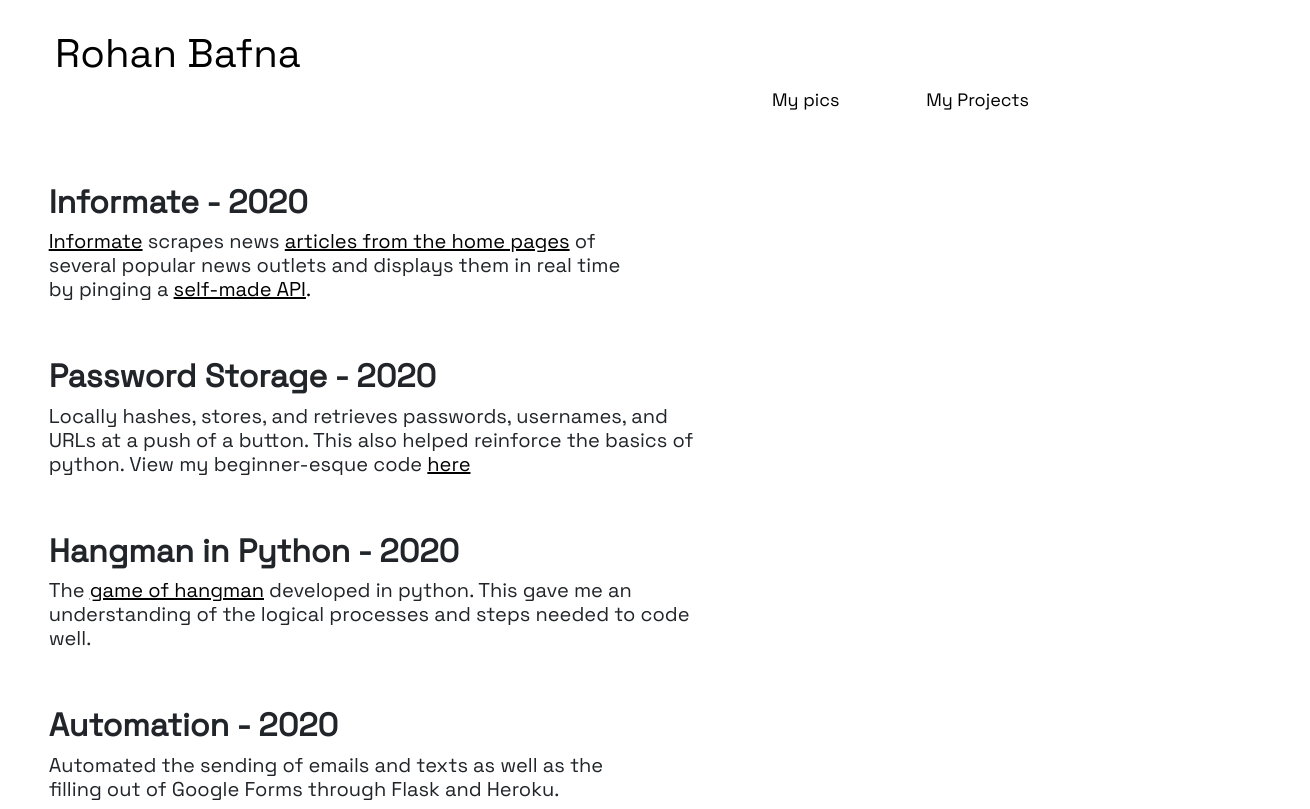
Repository: rbafna6507/rbafna6507.github.io
Page: actualprojects.html
An editor plug-in stored every save of this project. The page is shown before and after the next save, followed by the edit.
The browser window is 1280 px wide. The page is 1310 px wide, so the pictures cover 1310 px, including what lies to the right of the window. The pictures show the whole page.

Above is the page before, as saved 2020-12-20 18:53:30.

After the next save:
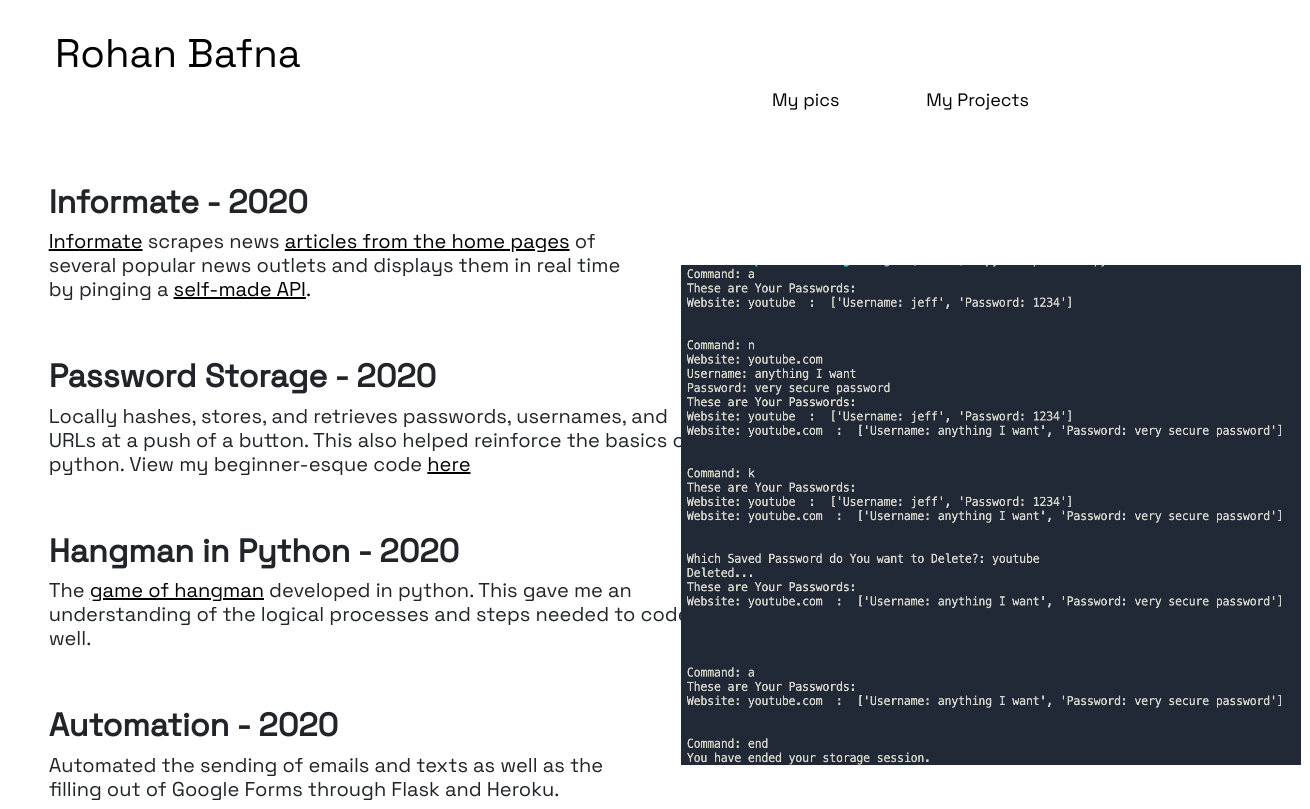
Saved 19 s later.
--- a/projects.css
+++ b/projects.css
@@ -123,7 +123,7 @@
 
   #password_img{
     margin-top: -520px;
-    visibility: hidden;
+    visibility: visible;
   }
 
   body:not(.mobile) #informate:hover #informate_img {

After the save that followed:
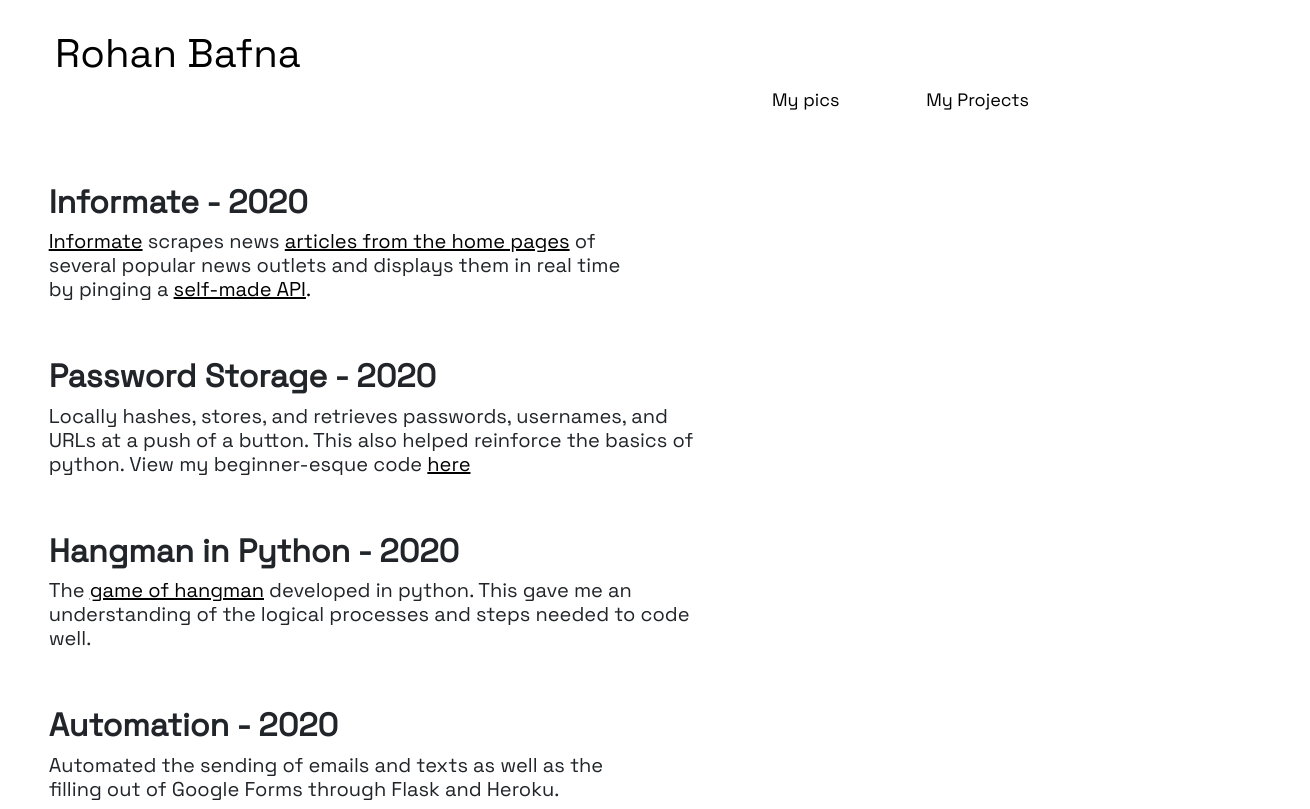
Saved 5 s later.
--- a/projects.css
+++ b/projects.css
@@ -123,7 +123,7 @@
 
   #password_img{
     margin-top: -520px;
-    visibility: visible;
+    visibility: hidden;
   }
 
   body:not(.mobile) #informate:hover #informate_img {
